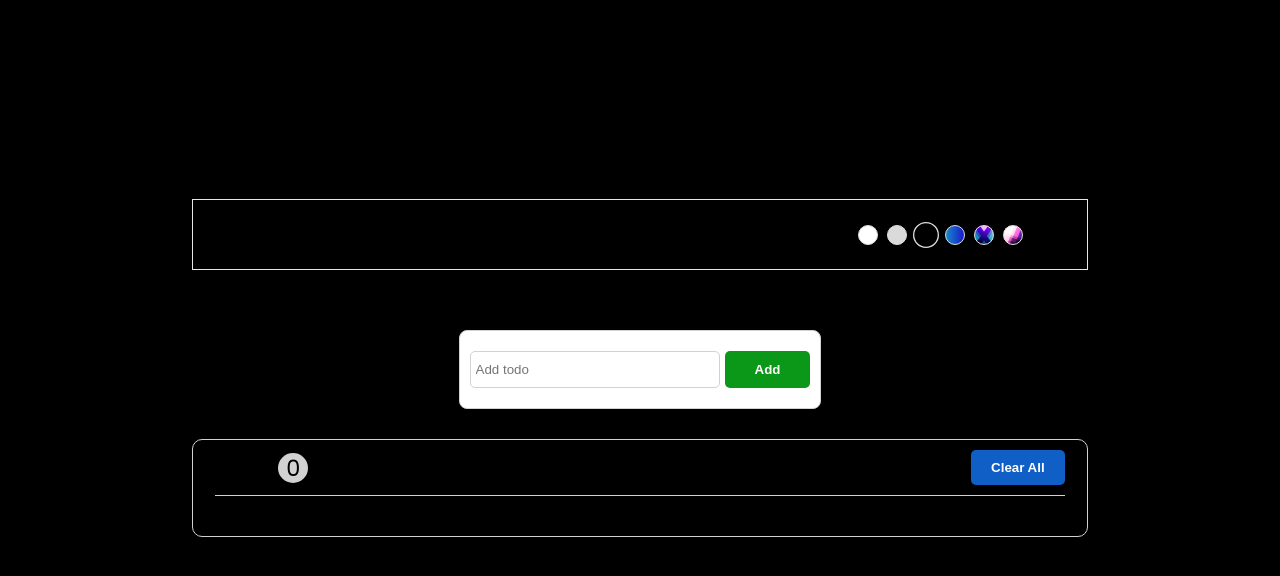
Repository: michalmilek/TodoApp
Page: /
An editor plug-in stored every save of this project. The page is shown before and after the next save, followed by the edit.
The browser window is 1280 px wide. The pictures show the whole page.
Some web fonts or font styles are not loaded; a fallback is used. The project was rebuilt for these pictures with package versions that can differ from the ones it lists, and the page was loaded fresh each time. Also part of the build but not shown: vite.config.js.

Above is the page before, as saved 2023-02-01 15:58:24.

### src/App.jsx
import { useEffect, useState } from "react";
import "./App.css";
import AddTodo from "./components/AddTodo";
import Header from "./components/Header";
import ShowTodo from "./components/ShowTodo";

function App() {
  const [theme, setTheme] = useState("dark");
  const [todolist, setTodolist] = useState(
    JSON.parse(localStorage.getItem("todolist")) || []
  );
  const [todo, setTodo] = useState({});

  useEffect(() => {
    localStorage.setItem("todolist", JSON.stringify(todolist));
  }, [todolist]);

  useEffect(() => {
    document.documentElement.classList.remove(theme);
    document.documentElement.classList.add(theme);
  }, [theme]);

  return (
    <div className={"App"}>
      <Header
        theme={theme}
        setTheme={setTheme}
      />
      <AddTodo
        todolist={todolist}
        setTodolist={setTodolist}
        todo={todo}
        setTodo={setTodo}
      />
      <ShowTodo
        todolist={todolist}
        setTodolist={setTodolist}
        todo={todo}
        setTodo={setTodo}
      />
    </div>
  );
}

export default App;

### src/index.css
@import url(https://fonts.googleapis.com/css?family=Poppins:100,100italic,200,200italic,300,300italic,regular,italic,500,500italic,600,600italic,700,700italic,800,800italic,900,900italic);
@import url(https://fonts.googleapis.com/css?family=Texturina:100,200,300,regular,500,600,700,800,900,100italic,200italic,300italic,italic,500italic,600italic,700italic,800italic,900italic);

*{
  box-sizing: border-box;
  margin: 0;
  padding: 0;
}

body{
  min-height: 100vh;
  display: flex;
  flex-direction: column;
  align-items: center;
  justify-content: center;
  font-family: 'Poppins', sans-serif;
}

### src/App.css
header{
  display: flex;
  justify-content: space-between;
  align-items: center;
  width: 70vw;
  margin-top: 1rem;
  padding: 1rem 4rem;
  border: 1px solid rgb(230, 230, 230);
}

  .logo{
    font-family: 'Texturina', sans-serif;
  }

  .themeSelector{
    display: flex;
    gap: 4px;
  }

  header .themeSelector span{
  height: 20px;
  width: 20px;
  border-radius: 50%;
  display: inline-block;
  margin-left: 5px;
  cursor: pointer;
  border: 1px solid #dfdfdf;
  transition: all 0.3s ease;
}

  .light{
  background-color: rgb(255, 255, 255);
  }

  .medium{
  background-color: rgb(218, 218, 218);
  }

  .dark{
  background-color: rgb(0, 0, 0);
  }

  .g1{
  background: linear-gradient(90deg, #1888c9, #181bc9);;
  }

  .g2{
    background: linear-gradient(235deg, #FFFFFF 0%, #000F25 100%), linear-gradient(180deg, #6100FF 0%, #000000 100%), linear-gradient(235deg, #FFA3AC 0%, #FFA3AC 40%, #00043C calc(40% + 1px), #00043C 60%, #005D6C calc(60% + 1px), #005D6C 70%, #00C9B1 calc(70% + 1px), #00C9B1 100%), linear-gradient(125deg, #FFA3AC 0%, #FFA3AC 40%, #00043C calc(40% + 1px), #00043C 60%, #005D6C calc(60% + 1px), #005D6C 70%, #00C9B1 calc(70% + 1px), #00C9B1 100%);
  background-blend-mode: soft-light, screen, darken, normal;
}

.g3{
  background: linear-gradient(125deg, #FFFFFF 0%, #000000 100%), linear-gradient(200deg, #FFD9E8 0%, #FFD9E8 50%, #DE95BA calc(50% + 1px), #DE95BA 60%, #7F4A88 calc(60% + 1px), #7F4A88 75%, #4A266A calc(75% + 1px), #4A266A 100%), linear-gradient(113deg, #FFD9E8 0%, #FFD9E8 40%, #DE95BA calc(40% + 1px), #DE95BA 50%, #7F4A88 calc(50% + 1px), #7F4A88 70%, #4A266A calc(70% + 1px), #4A266A 100%);
  background-blend-mode: overlay, overlay, normal;

}

.active{
  transition: all 0.3s ease;
  scale: 1.3;
}


.addTodo {
  margin-top: 60px;
  display: flex;
  justify-content: center;
  align-items: center;
}

.addTodo form{
  padding: 20px 10px;
  background: rgb(255, 255, 255);
  border: 1px solid rgb(211, 210, 210);
  display: flex;
  gap: 5px;
  border-radius: 8px;
}

.addTodo form input{
  padding: 10px 5px;
  max-width: 350px;
  min-width: 250px;
  border: 1px solid rgb(211, 210, 210);
  outline: none;
  border-radius: 5px;
}

.addTodo form button{
  background: rgb(11, 151, 23);
  border: none;
  padding: 0 30px;
  border-radius: 5px;
  color: #fff;
  font-weight: bold;
  cursor: pointer;
}



.showTodo{
  margin-top: 30px;
  display: flex;
  flex-direction: column;
  justify-content: center;
  align-items: center;
  border-radius: 10px;
  border: 1px solid rgb(211, 210, 210);
}

.head{
  display: flex;
  width: 95%;
  padding: 10px 0px;
  justify-content: space-between;
  border-bottom: 1px solid rgb(211, 210, 210);
}

.head_Todo{
  display: flex;
  gap: 6px;
  justify-content: center;
  align-items: center;
}


.title{
  font-weight: bold;
  font-size: 1.4rem;
}

.count{
  display: flex;
  justify-content: center;
  align-items: center;
  border-radius: 50%;
  height: 30px;
  width: 30px;
  font-size: 1.4rem;
  background: rgb(211, 210, 210);
}

.clearAll{
    background: rgb(15, 95, 199);
  border: none;
  padding: 10px 20px;
  border-radius: 5px;
  color: #fff;
  font-weight: bold;
  cursor: pointer;
}

ul{
  padding: 20px 0;
  display: flex;
  width: 90%;
  list-style-type: none;
  justify-items: start;
  gap: 20px;
}

ul li{
  display: flex;
  gap: 35px;
  padding: 10px 10px;
  border-radius: 4px;
  border: 1px solid rgb(211, 210, 210);
  border-left: 5px solid rgb(15, 95, 199);
}

ul li p{
  display: flex;
  gap: 10px;
  flex-direction: column;
}

ul li p .titleTodo{
  font-weight: bold;
  font-size: 1.3rem;

}

ul li p .timeTodo{
  font-style: italic;
  color: rgb(131, 131, 131);

}


.icons svg{
height: 24px;
width: 24px;
}

.icons .pen{
  color: rgb(0, 81, 255);
}

.icons .trash{
  color: red;
}

### src/components/AddTodo.jsx
import React from "react";

const AddTodo = ({ todolist, setTodolist, todo, setTodo }) => {
  const handleSubmit = (e) => {
    e.preventDefault();

    if (todo.id) {
      const date = new Date();
      const updateTodolist = todolist.map((item) =>
        item.id === todo.id
          ? {
              id: todo.id,
              name: todo.name,
              time: `${date.toLocaleTimeString()} ${date.toLocaleDateString()}`,
            }
          : item
      );
      setTodolist(updateTodolist);
      setTodo({});
    } else {
      console.log(e.target.todo.value);
      const date = new Date();
      const newTask = {
        id: Math.random(),
        name: e.target.todo.value,
        time: `${date.toLocaleTimeString()} ${date.toLocaleDateString()}`,
      };
      setTodolist([...todolist, newTask]);
      e.target.todo.value = "";
    }
  };
  return (
    <section className="addTodo">
      <form onSubmit={handleSubmit}>
        <input
          type="text"
          name="todo"
          value={todo.name || ""}
          onChange={(e) => setTodo({ ...todo, name: e.target.value })}
          autoComplete="off"
          placeholder="Add todo"
          maxLength="25"
        />
        <button type="submit">{todo.id ? "Update" : "Add"}</button>
      </form>
    </section>
  );
};

export default AddTodo;

### src/components/Header.jsx
import React, { useEffect, useState } from "react";

const Header = ({ theme, setTheme }) => {
  return (
    <header>
      <div className="logo">
        <h1>TODO APP</h1>
      </div>
      <div className="themeSelector">
        <span
          onClick={() => setTheme("light")}
          className={theme === "light" ? "light active" : "light"}></span>
        <span
          onClick={() => setTheme("medium")}
          className={theme === "medium" ? "medium active" : "medium"}></span>
        <span
          onClick={() => setTheme("dark")}
          className={theme === "dark" ? "dark active" : "dark"}></span>
        <span
          onClick={() => setTheme("g1")}
          className={theme === "g1" ? "g1 active" : "g1"}></span>
        <span
          onClick={() => setTheme("g2")}
          className={theme === "g2" ? "g2 active" : "g2"}></span>
        <span
          onClick={() => setTheme("g3")}
          className={theme === "g3" ? "g3 active" : "g3"}></span>
      </div>
    </header>
  );
};

export default Header;

### src/components/ShowTodo.jsx
import React from "react";
import { Icon } from "@iconify/react";

const ShowTodo = ({ todolist, setTodolist, todo, setTodo }) => {
  const handleEdit = (id) => {
    const selectedTodo = todolist.find((item) => item.id === id);
    console.log(selectedTodo);
    setTodo(selectedTodo);
  };

  const handleDelete = (id) => {
    const updatedTodoList = todolist.filter((item) => item.id !== id);
    setTodolist(updatedTodoList);
  };
  return (
    <div className="showTodo">
      <div className="head">
        <div className="head_Todo">
          <span className="title">Todo</span>
          <span className="count">{todolist.length}</span>
        </div>
        <button
          onClick={() => setTodolist([])}
          className="clearAll">
          Clear All
        </button>
      </div>
      <ul>
        {todolist.map((todo, index) => (
          <li key={index}>
            <p>
              <span className="titleTodo">{todo.name}</span>
              <span className="timeTodo">{todo.time}</span>
            </p>
            <div className="icons">
              <Icon
                onClick={() => handleEdit(todo.id)}
                className="pen"
                icon="material-symbols:edit"
              />
              <Icon
                onClick={() => handleDelete(todo.id)}
                className="trash"
                icon="mdi:trash"
              />
            </div>
          </li>
        ))}
      </ul>
    </div>
  );
};

export default ShowTodo;

Loaded but not shown: index.html (common file); src/main.jsx (common file)

After the next save:
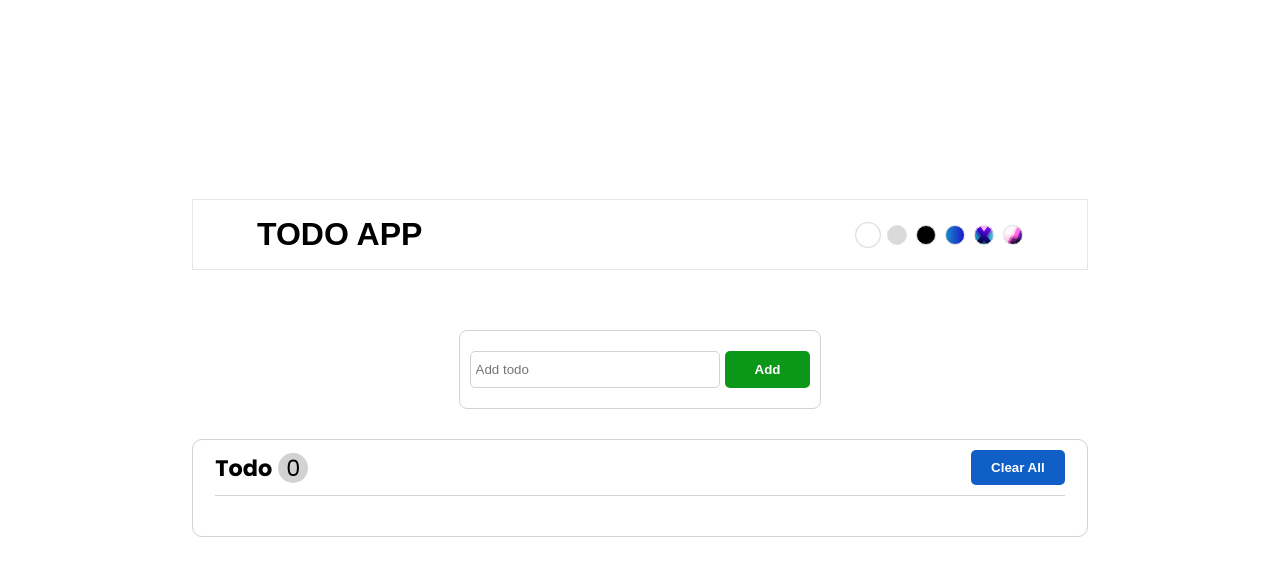
Saved 12 s later.
--- a/src/App.jsx
+++ b/src/App.jsx
@@ -5,7 +5,7 @@ import Header from "./components/Header";
 import ShowTodo from "./components/ShowTodo";
 
 function App() {
-  const [theme, setTheme] = useState("dark");
+  const [theme, setTheme] = useState("light");
   const [todolist, setTodolist] = useState(
     JSON.parse(localStorage.getItem("todolist")) || []
   );
